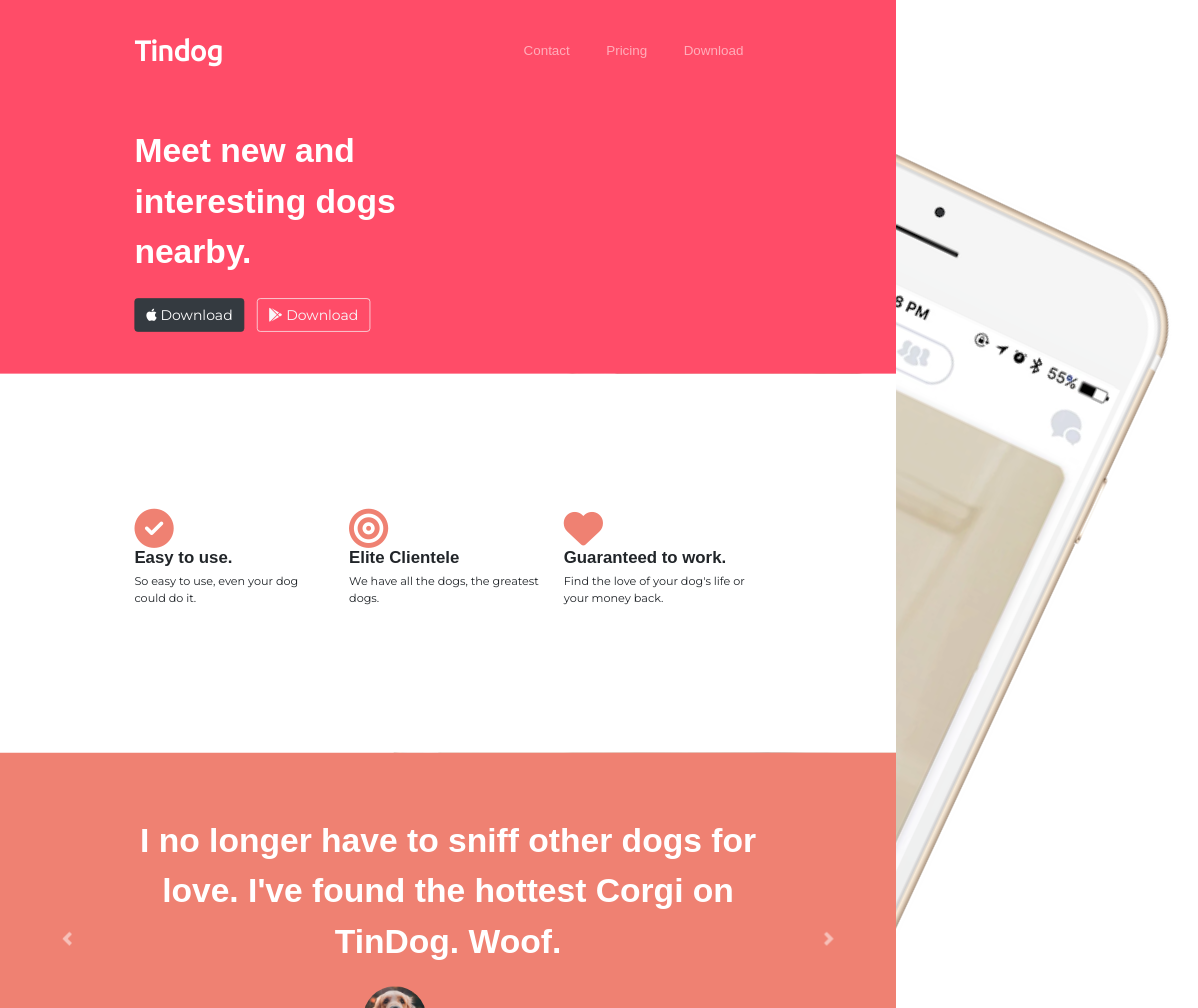
Repository: Mardoqueu/tindog
Page: index.html
These files come from the project's save history. The page is drawn as it stood at one moment and after the next save; the edit follows.
The browser window is 1280 px wide. The page is 1711 px wide, so the pictures cover 1711 px, including what lies to the right of the window. The pictures show the part of the page from y = 0 to 1440 px (the page is 2598 px tall), at 70% of full size.
Some web libraries are served in a nearby version.

Above is the page before, as saved 2022-10-19 16:38:19.

After the next save:
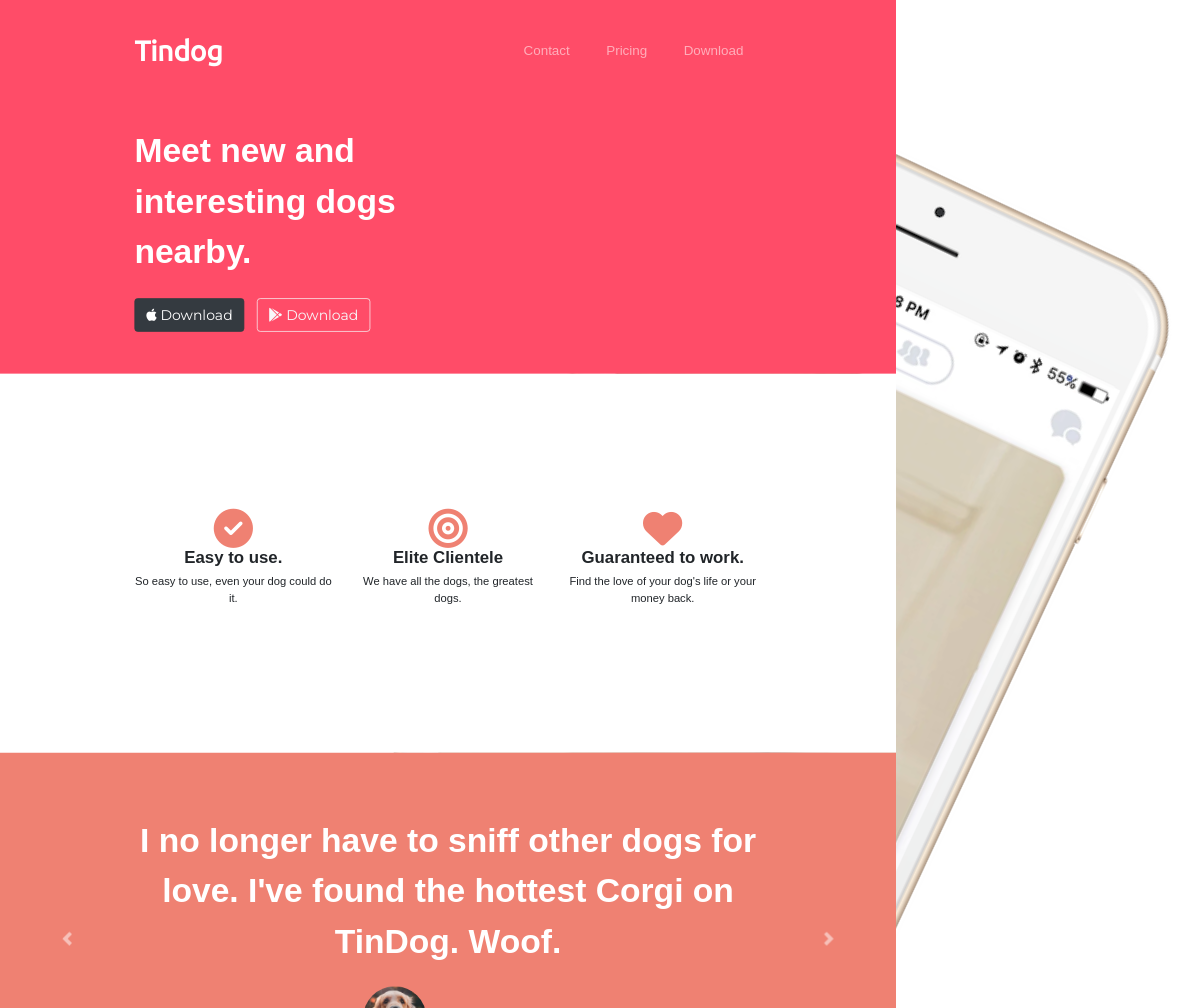
Saved 4 s later.
--- a/css/styles.css
+++ b/css/styles.css
@@ -64,6 +64,9 @@
 /* Section #features */
 
 #features{
+    font-family: 'Montserrat-Bold', sans-serif;
+    width: 100%;
+    text-align:center;;
     padding: 15% 15%;
     background-color: #fff;
     position: relative;
